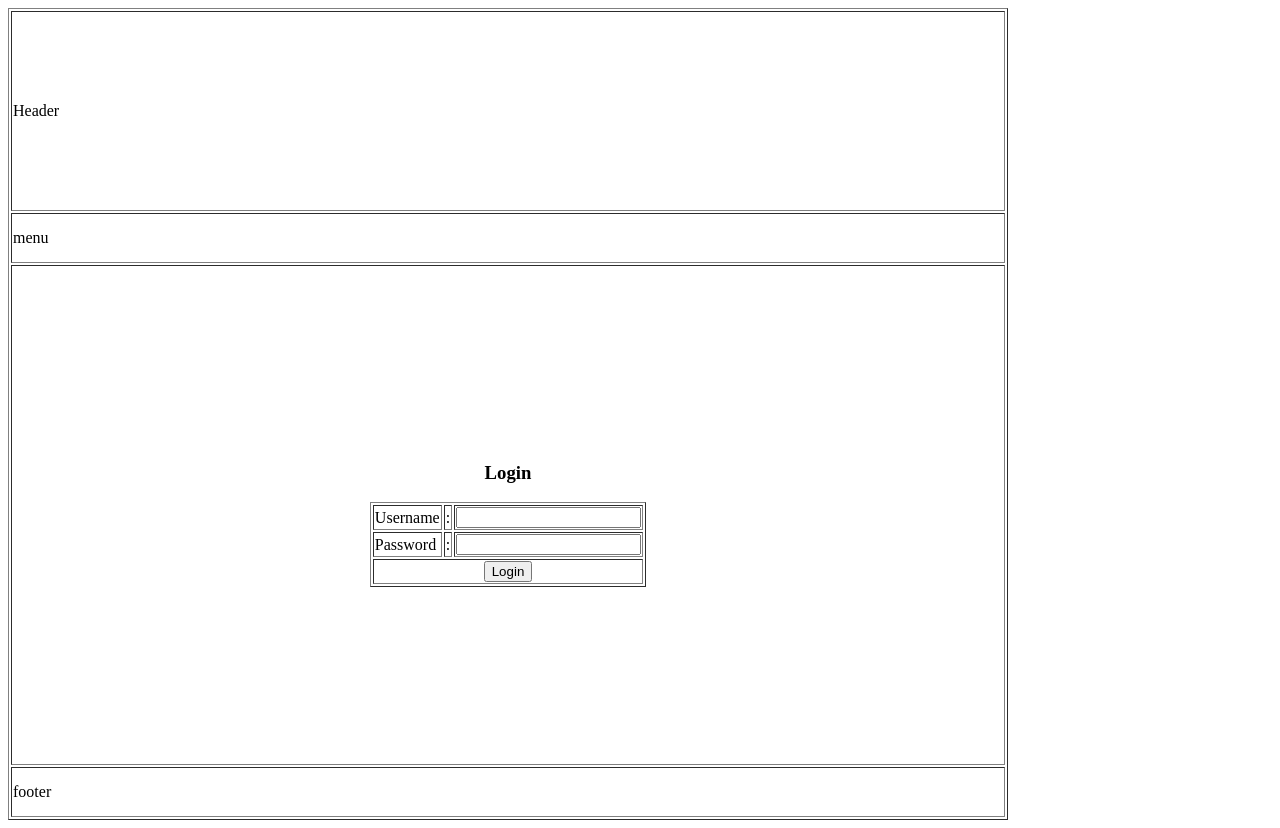
Repository: PraveenRavipati/MyWork
Page: Java/workspaces/office Java WorkScapces/training/LoginProperty/WebContent/Login.html
An editor plug-in stored every save of this project. The page is shown before and after the next save, followed by the edit.
The browser window is 1280 px wide. The pictures show the whole page.

Above is the page before, as saved 2014-06-04 06:07:46.

### Java/workspaces/office Java WorkScapces/training/LoginProperty/WebContent/Login.html
<!DOCTYPE html PUBLIC "-//W3C//DTD HTML 4.01 Transitional//EN" "http://www.w3.org/TR/html4/loose.dtd">
<html>
<head>
<meta http-equiv="Content-Type" content="text/html; charset=UTF-8">
<title>Insert title here</title>
</head>
<body>
    <table border="1" width="1000">
        <tr height="200">
            <td>Header</td>
        </tr>
        <tr height="50">
            <td>menu</td>
        </tr>
        <tr height="500">
            <td>
            <form action="./Login" method="get">
            <table align="center" border="1">
            <caption><h3>Login</h3></caption>
                <tr>
                    <td>Username</td>
                    <td>:</td>
                    <td><input type="text" name="uname"></td>
                </tr>
                <tr>
                    <td>Password</td>
                    <td>:</td>
                    <td><input type="password" name="pwd"></td>
                </tr>
                <tr>
                    <td colspan="3" align="center"><input type="submit" value="Login"></td>
                </tr>
                </table>
                </form>
                </td>
        </tr>
        <tr height="50">
            <td>footer</td>
        </tr>
    </table>
</body>
</html>

After the next save:
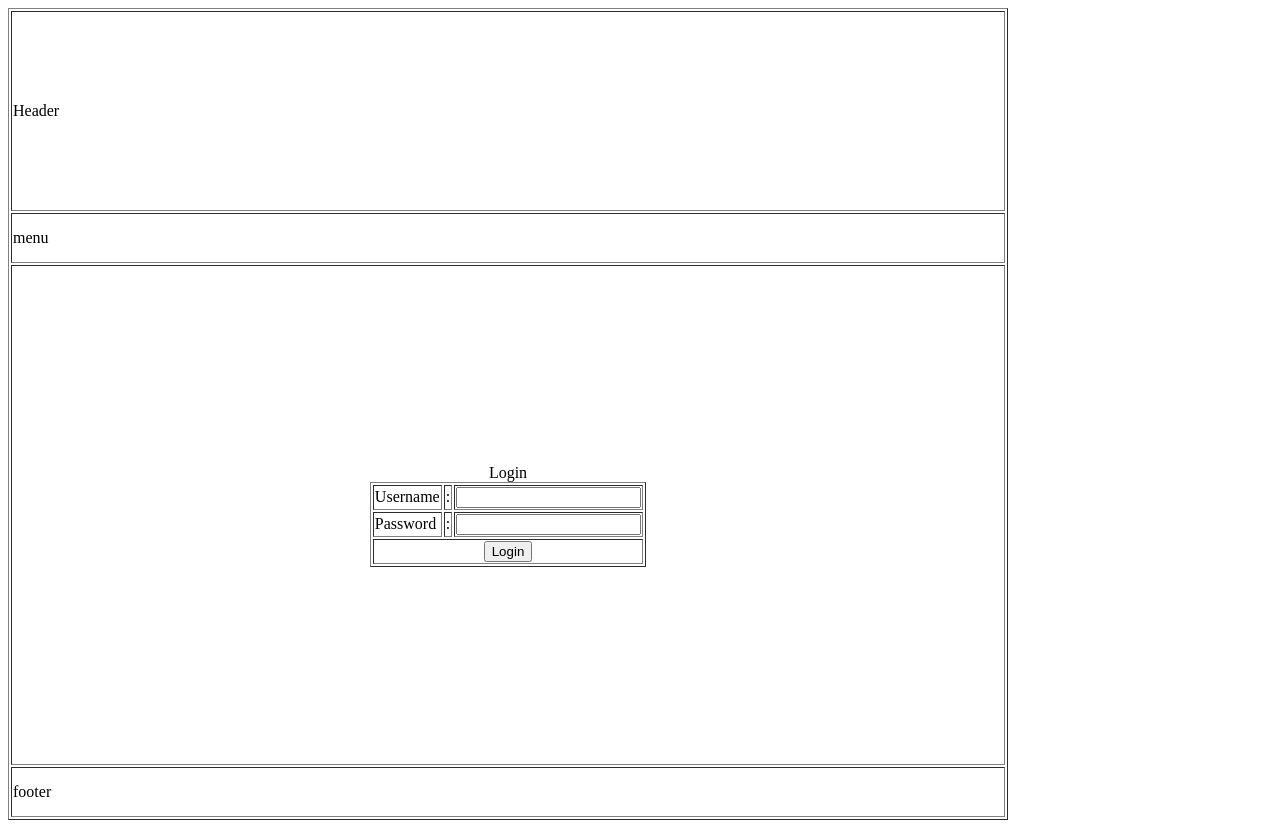
Saved 93 s later.
--- a/Java/workspaces/office Java WorkScapces/training/LoginProperty/WebContent/Login.html
+++ b/Java/workspaces/office Java WorkScapces/training/LoginProperty/WebContent/Login.html
@@ -16,7 +16,7 @@
             <td>
             <form action="./Login" method="get">
             <table align="center" border="1">
-            <caption><h3>Login</h3></caption>
+            <caption>Login</caption>
                 <tr>
                     <td>Username</td>
                     <td>:</td>
